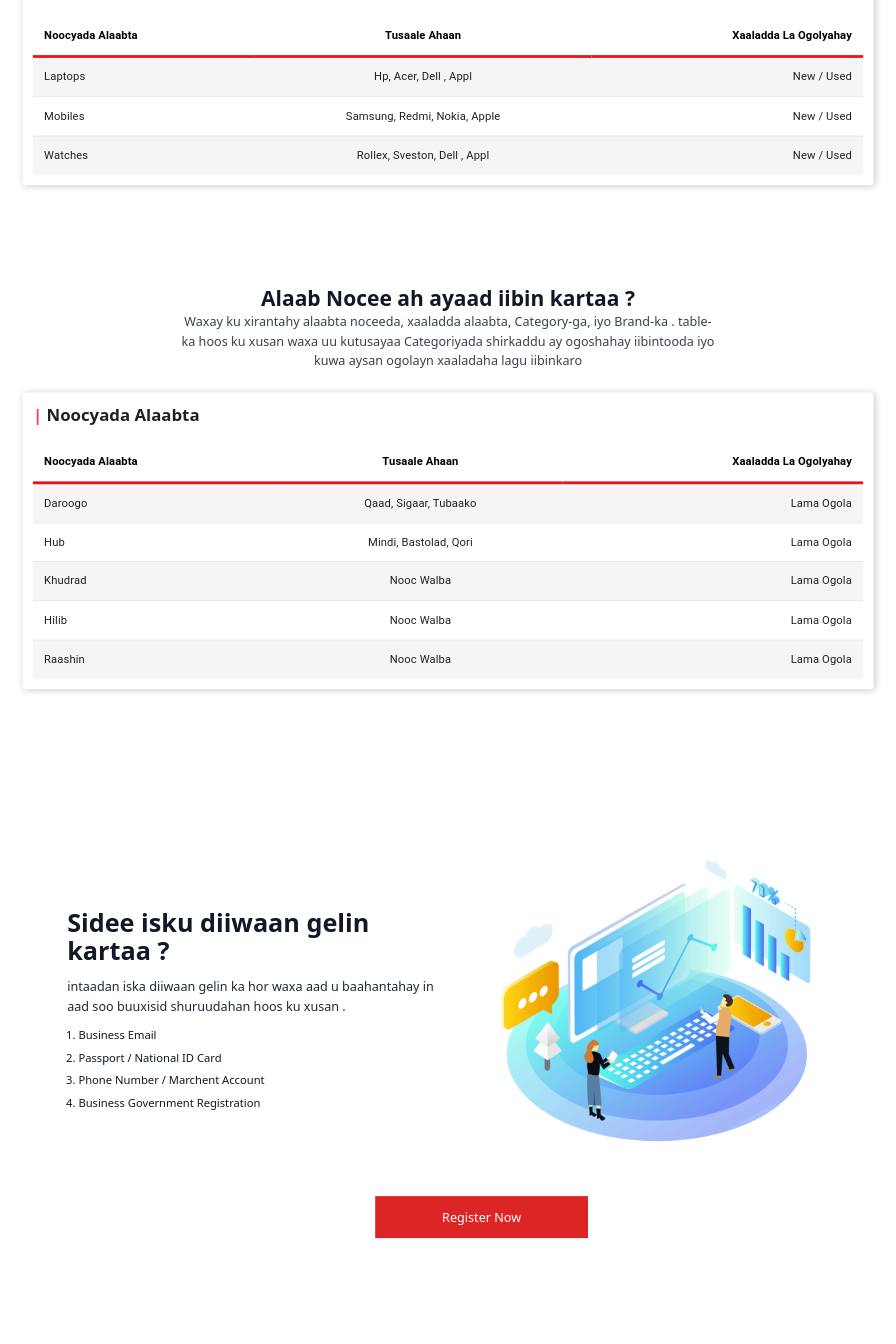
Repository: muraadso/Muraadso-Sellers
Page: /
An editor plug-in stored every save of this project. The page is shown before and after the next save, followed by the edit.
The browser window is 1280 px wide. The pictures show the part of the page from y = 2484 to 4404 px (the page is 7563 px tall before and 7619 px after), at 70% of full size.
The project was rebuilt for these pictures with package versions that can differ from the ones it lists, and the page was loaded fresh each time. The framework's server and built-in components were replaced by stand-ins that run in the browser. Also part of the build but not shown: next.config.js.

Above is the page before, as saved 2021-12-12 09:55:19.

After the next save:
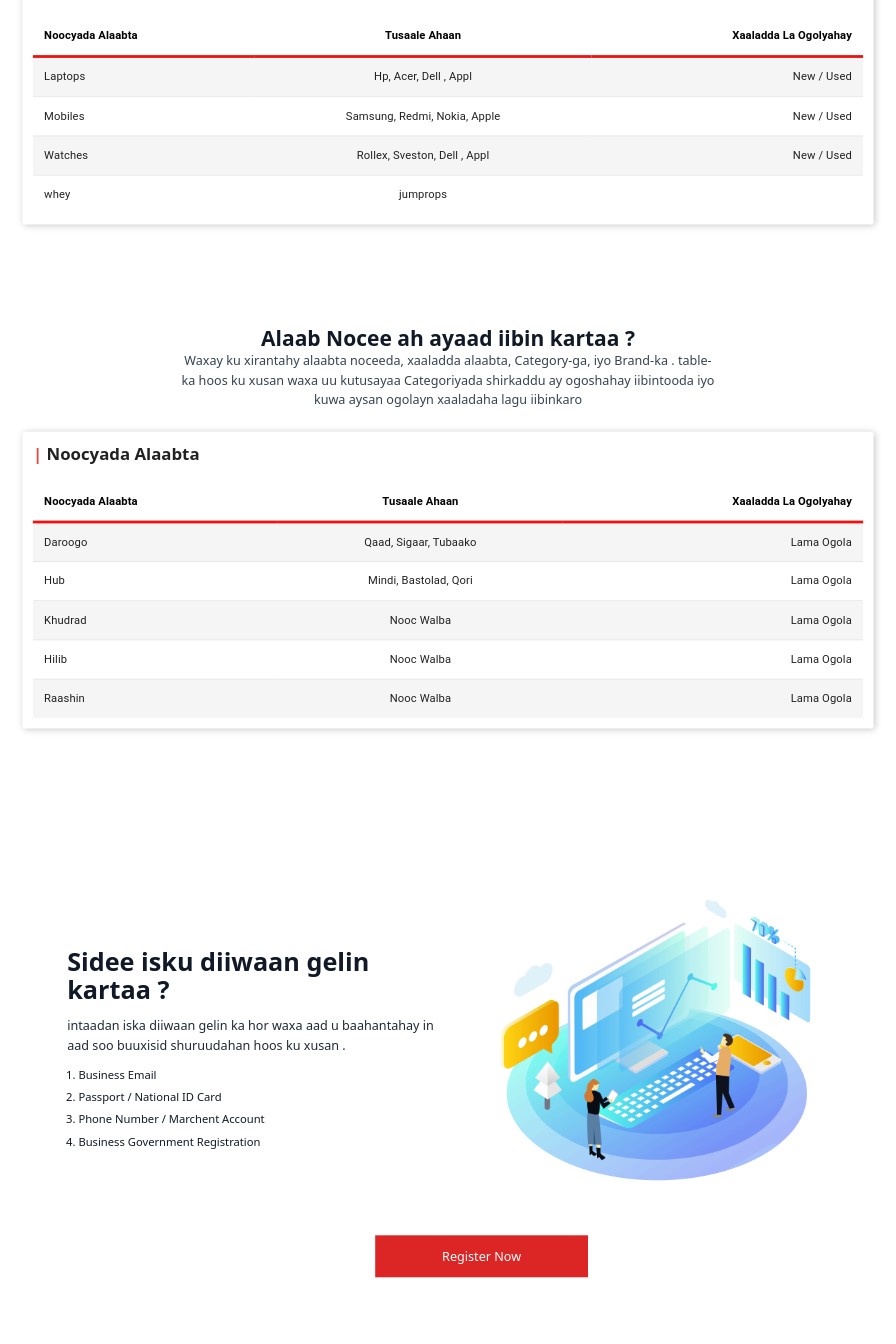
Saved 4 min 13 s later.
--- a/components/Whatsell.jsx
+++ b/components/Whatsell.jsx
@@ -47,6 +47,7 @@ const rows =[
   createData('Laptops', 'Hp, Acer, Dell , Appl', 'New / Used'),
   createData('Mobiles', 'Samsung, Redmi, Nokia, Apple', 'New / Used'),
   createData('Watches', 'Rollex, Sveston, Dell , Appl', 'New / Used'),
+  createData('whey', 'jumprops')
 ]
 const rows2 = [
   createData('Daroogo', "Qaad, Sigaar, Tubaako", 'Lama Ogola'),
